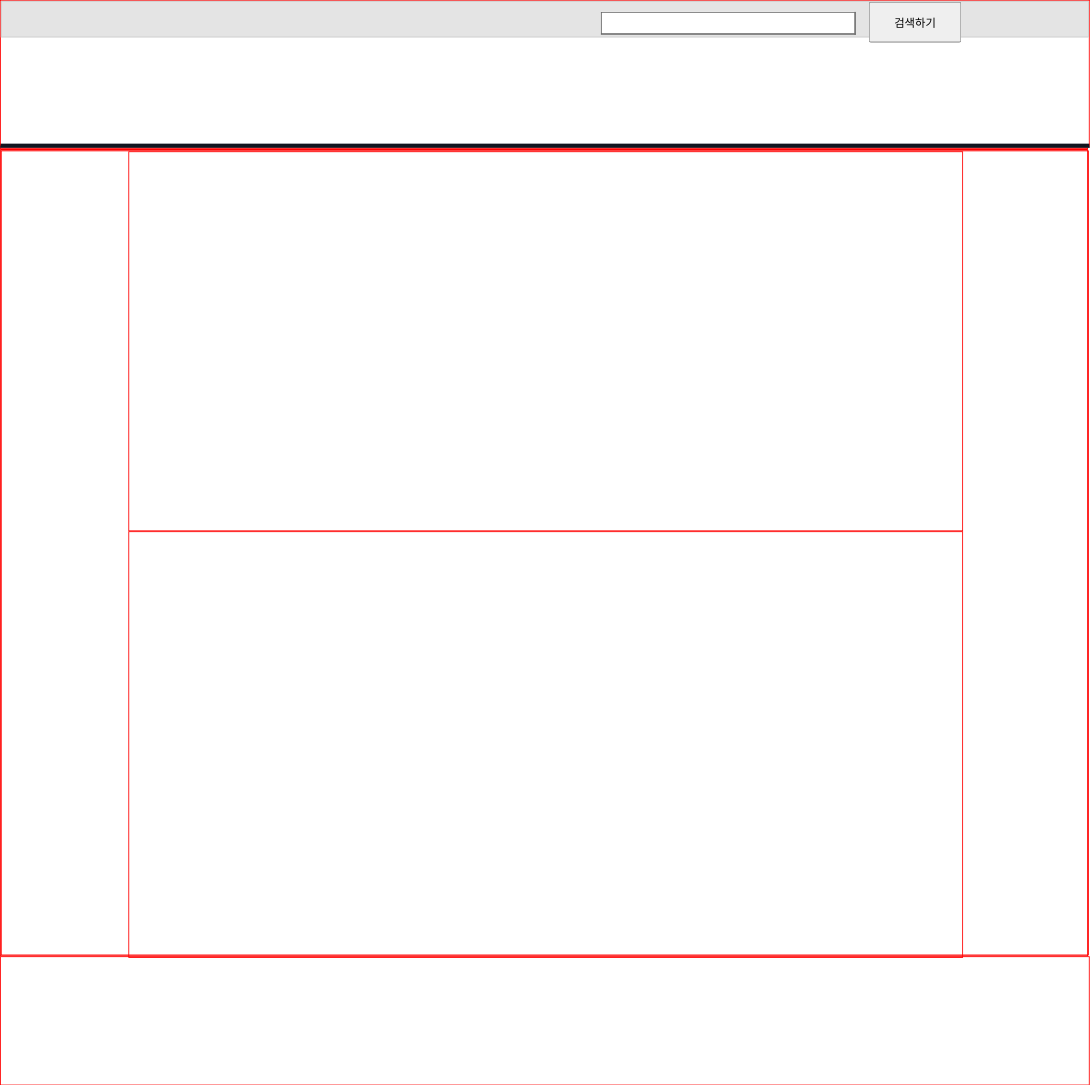
Repository: jungsoon-kim/home_study
Page: study/webzine.html
These files come from the project's save history. The page is drawn as it stood at one moment and after the next save; the edit follows.
The browser window is 1280 px wide. The page is 1282 px wide, so the pictures cover 1282 px, including what lies to the right of the window. The pictures show the whole page, at 85% of full size.

Above is the page before, as saved 2015-09-14 14:33:39.

After the next save:
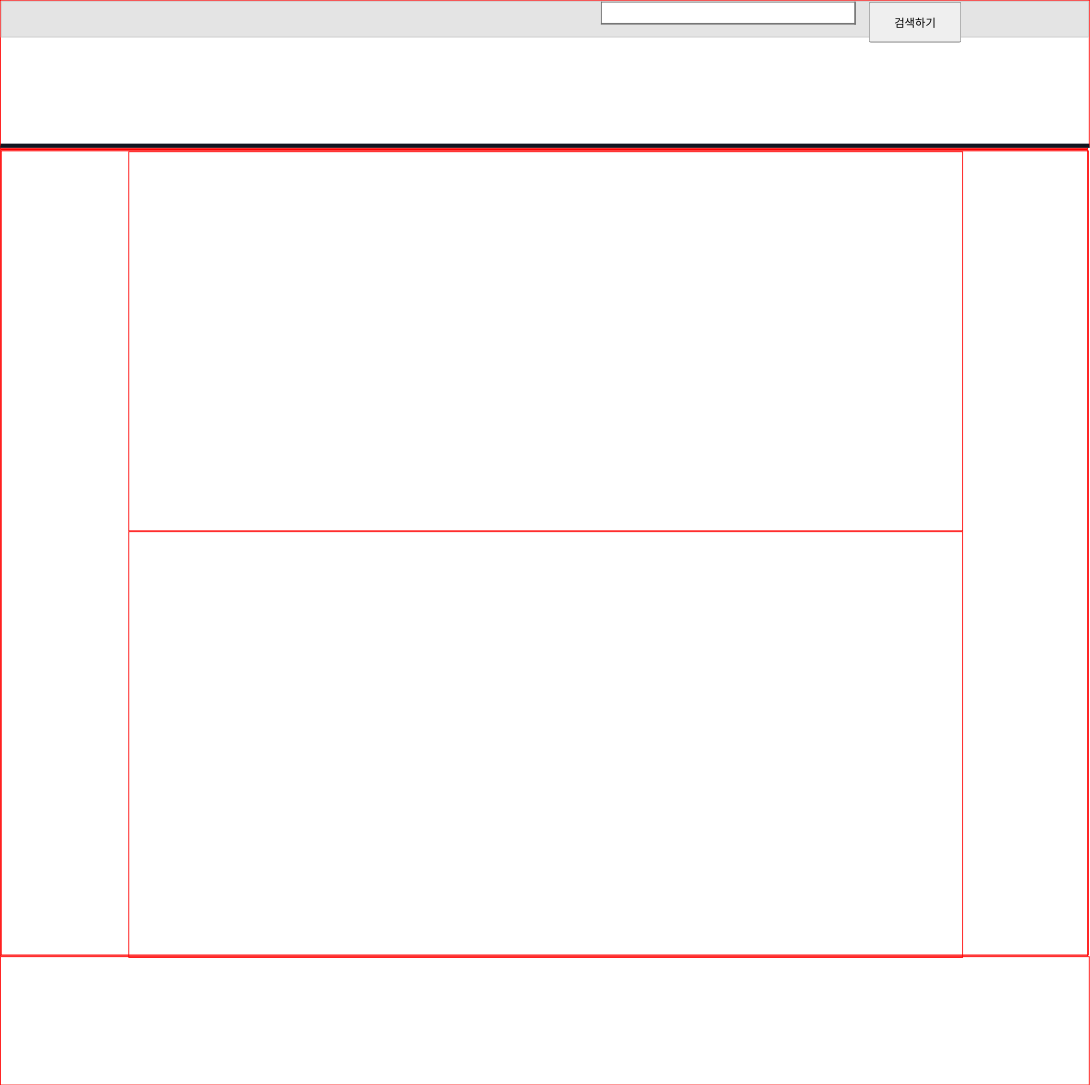
Saved 45 s later.
--- a/study/common.css
+++ b/study/common.css
@@ -22,7 +22,7 @@
 .header-top .wrap fieldset {float:right;}
 .header-top .wrap fieldset input[type="text"] {width: 277px; height: 24px; padding:0 10px ;
  border-left: 1px solid #666; border-top: 1px solid #666; margin-right:11px; vertical-align:middle;}
-.header-top .wrap fieldset input[type="submit"] {width: 109px; height: 48px; }
+.header-top .wrap fieldset input[type="submit"] {width: 109px; height: 48px; vertical-align:top;}
 
 
 

After the save that followed:
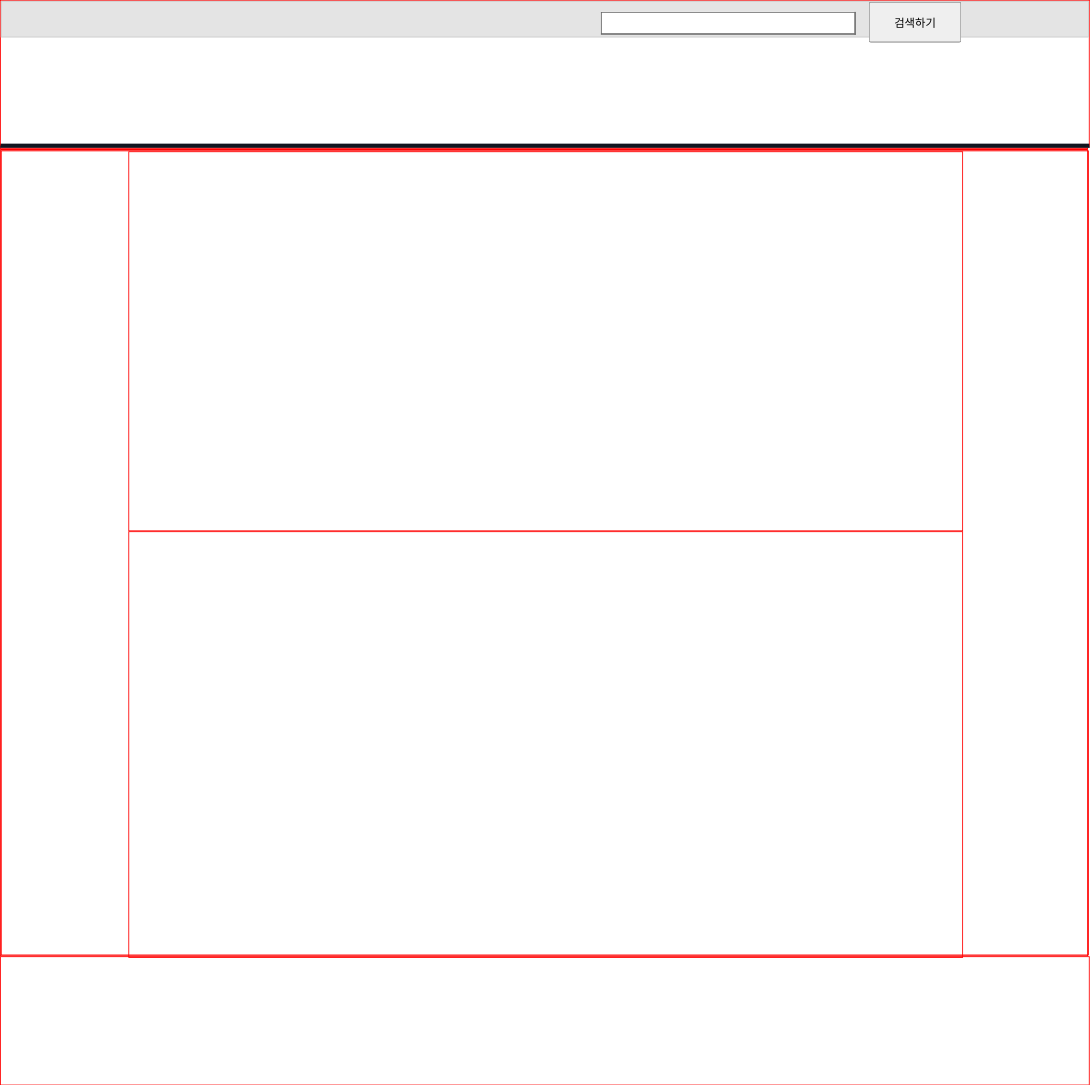
Saved 22 s later.
--- a/study/common.css
+++ b/study/common.css
@@ -22,7 +22,7 @@
 .header-top .wrap fieldset {float:right;}
 .header-top .wrap fieldset input[type="text"] {width: 277px; height: 24px; padding:0 10px ;
  border-left: 1px solid #666; border-top: 1px solid #666; margin-right:11px; vertical-align:middle;}
-.header-top .wrap fieldset input[type="submit"] {width: 109px; height: 48px; vertical-align:top;}
+.header-top .wrap fieldset input[type="submit"] {width: 109px; height: 48px; /*vertical-align:top;*/}
 
 
 
